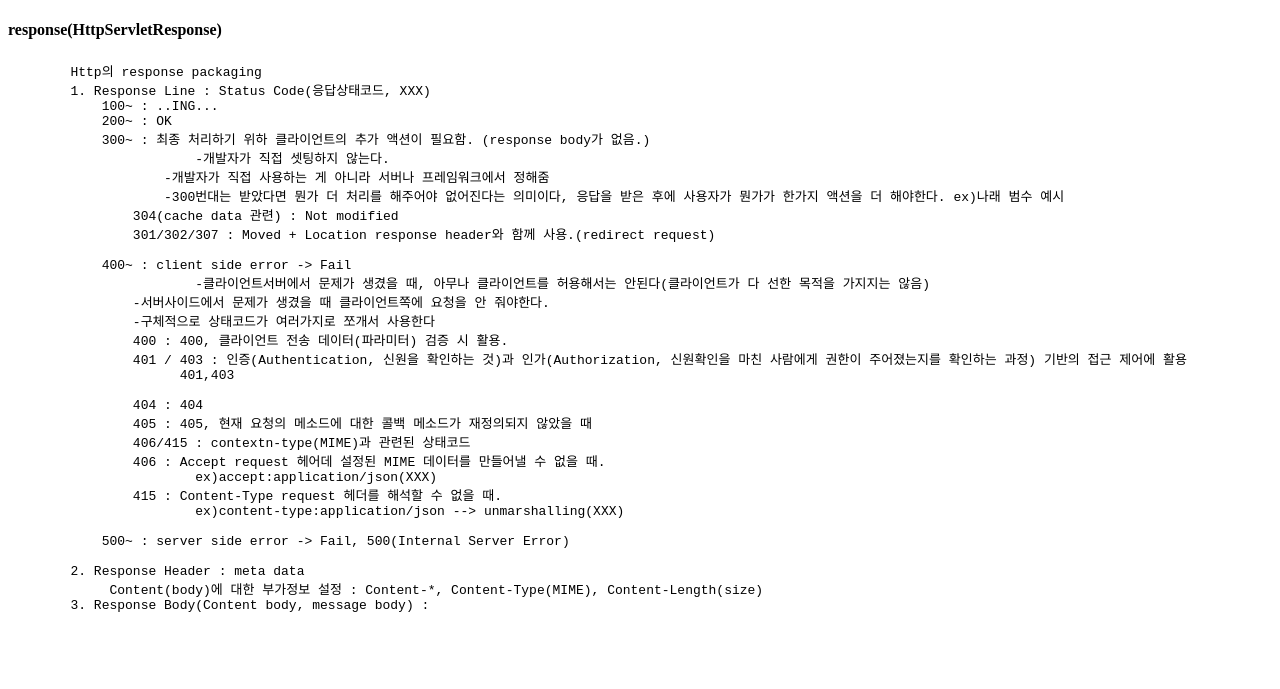
Repository: YOUNARAE/JSP
Page: http://localhost/WebStudy01/05/responseDesc.jsp
An editor plug-in stored every save of this project. The page is shown before and after the next save, followed by the edit.
The browser window is 1280 px wide. The pictures show the whole page.
The page is served by Tomcat 9.

Above is the page before, as saved 2022-12-13 06:40:39.

After the next save:
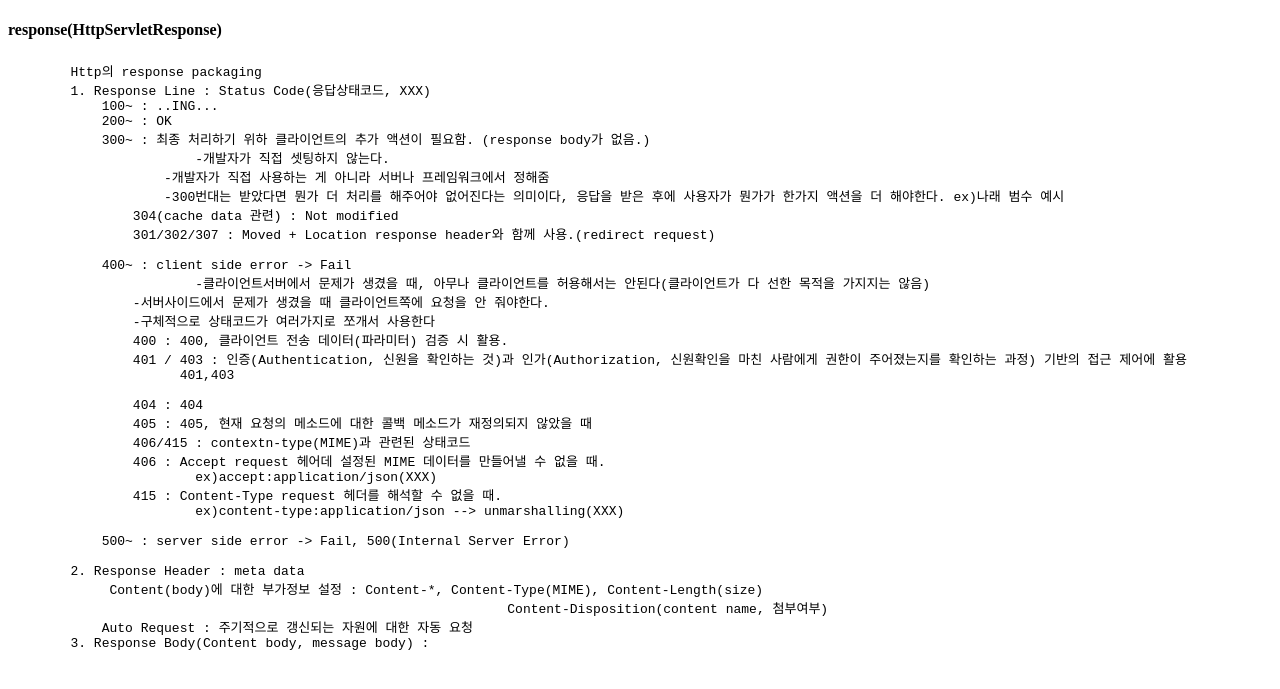
Saved 88 s later.
--- a/WebStudy01/src/main/webapp/05/responseDesc.jsp
+++ b/WebStudy01/src/main/webapp/05/responseDesc.jsp
@@ -46,6 +46,8 @@
 
 	2. Response Header : meta data
 	     Content(body)에 대한 부가정보 설정 : Content-*, Content-Type(MIME), Content-Length(size)
+	     							Content-Disposition(content name, 첨부여부)
+	    Auto Request : 주기적으로 갱신되는 자원에 대한 자동 요청
 	3. Response Body(Content body, message body) :
 			<%--response.getWriter(), response.getOutputStream() , <%= %>, out -->--%>
 
